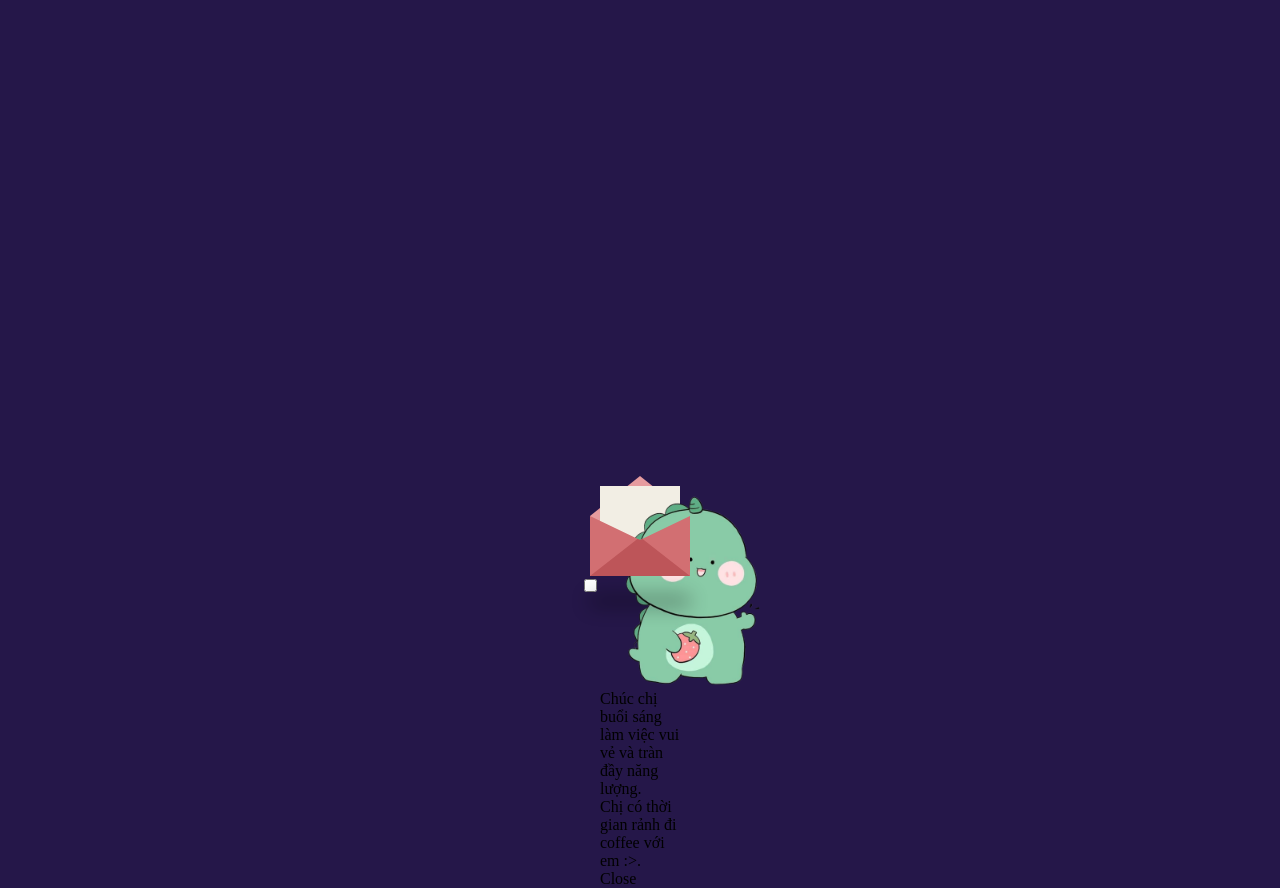
Repository: Dangtrinh28/letter
Page: index.html
An editor plug-in stored every save of this project. The page is shown before and after the next save, followed by the edit.
The browser window is 1280 px wide. The pictures show the whole page.

Above is the page before, as saved 2022-12-15 23:46:16.

After the next save:
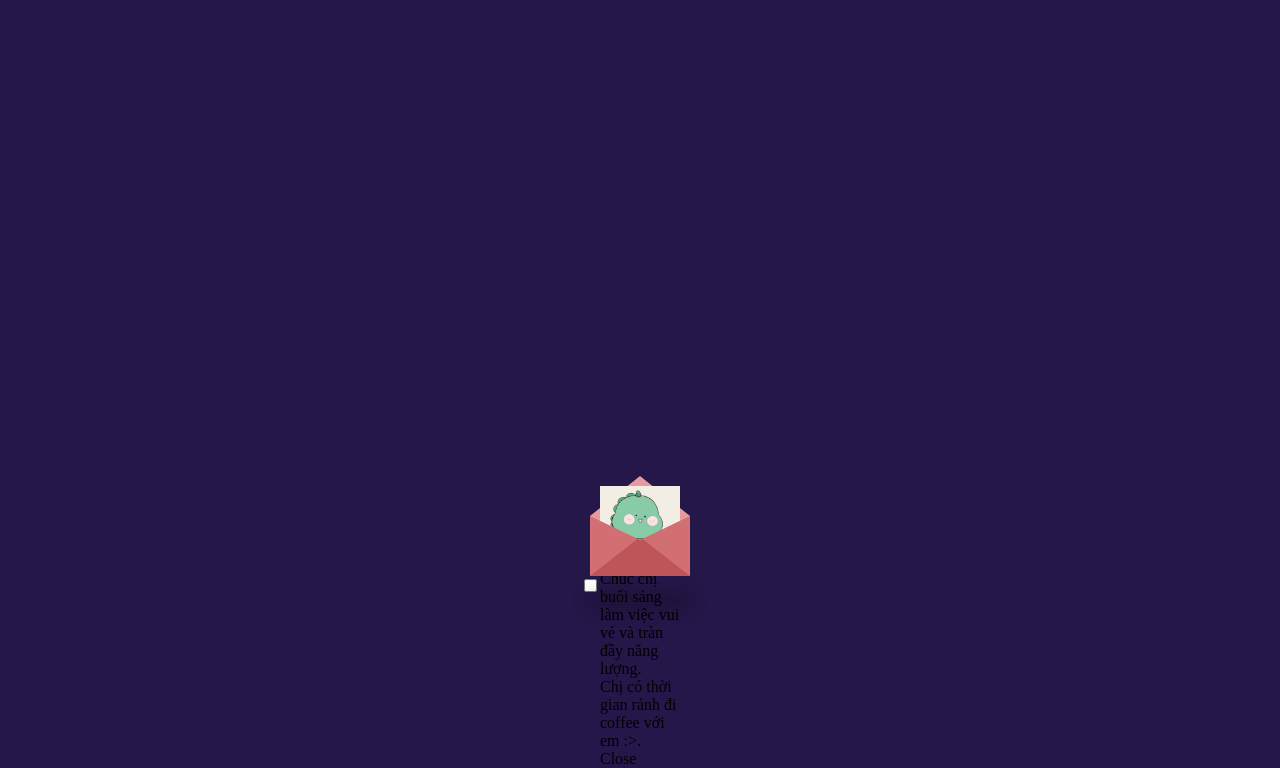
Saved 28 s later.
--- a/main.css
+++ b/main.css
@@ -85,6 +85,6 @@ input:checked ~ .content {
 }
 
 .img {
-    width: 200px;
+    width: 100%;
     object-fit: cover;
 }
